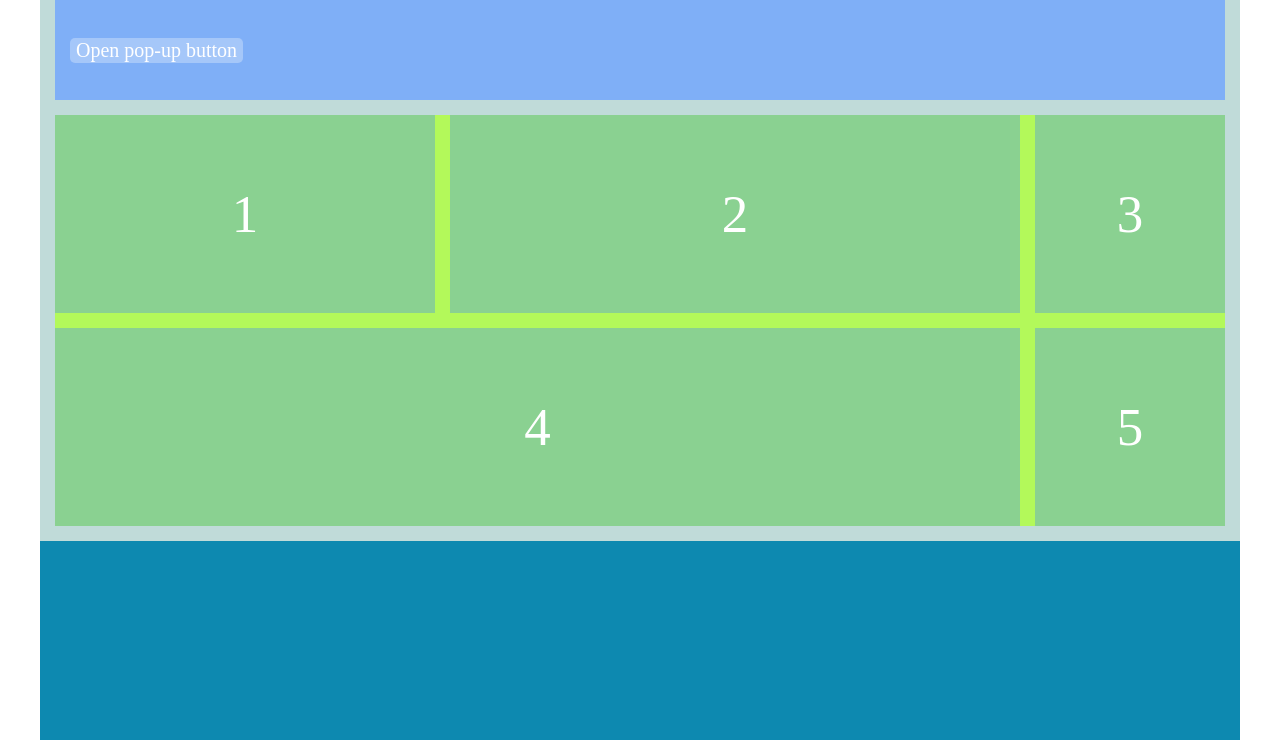
Repository: Evgenius190999999/nodasoft
Page: index.html
These files come from the project's save history. The page is drawn as it stood at one moment and after the next save; the edit follows.
The browser window is 1280 px wide. The pictures show the whole page.
Some web libraries are served in a nearby version. The style sheet was rebuilt from its Sass, Less or Tailwind sources for each picture, by a compiler version that may differ from the author's.

Above is the page before, as saved 2022-07-08 15:08:05.

After the next save:
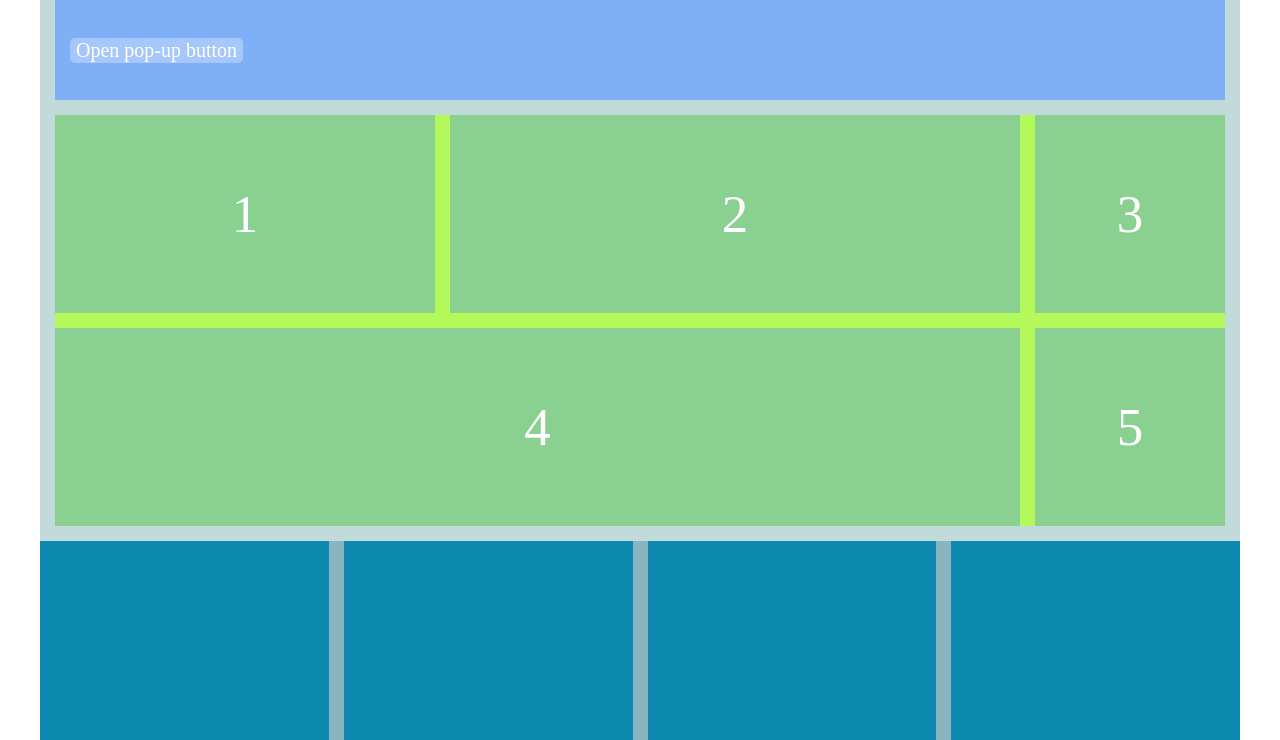
Saved 9 s later.
--- a/style/sass/style.sass
+++ b/style/sass/style.sass
@@ -60,7 +60,7 @@
     display: grid
     grid-template-columns: repeat(4, 1fr)
     grid-template-rows: 1fr
-    grid-column-gap: 0px
+    grid-column-gap: 15px
     grid-row-gap: 0px
     background: #88B5BF
     div
